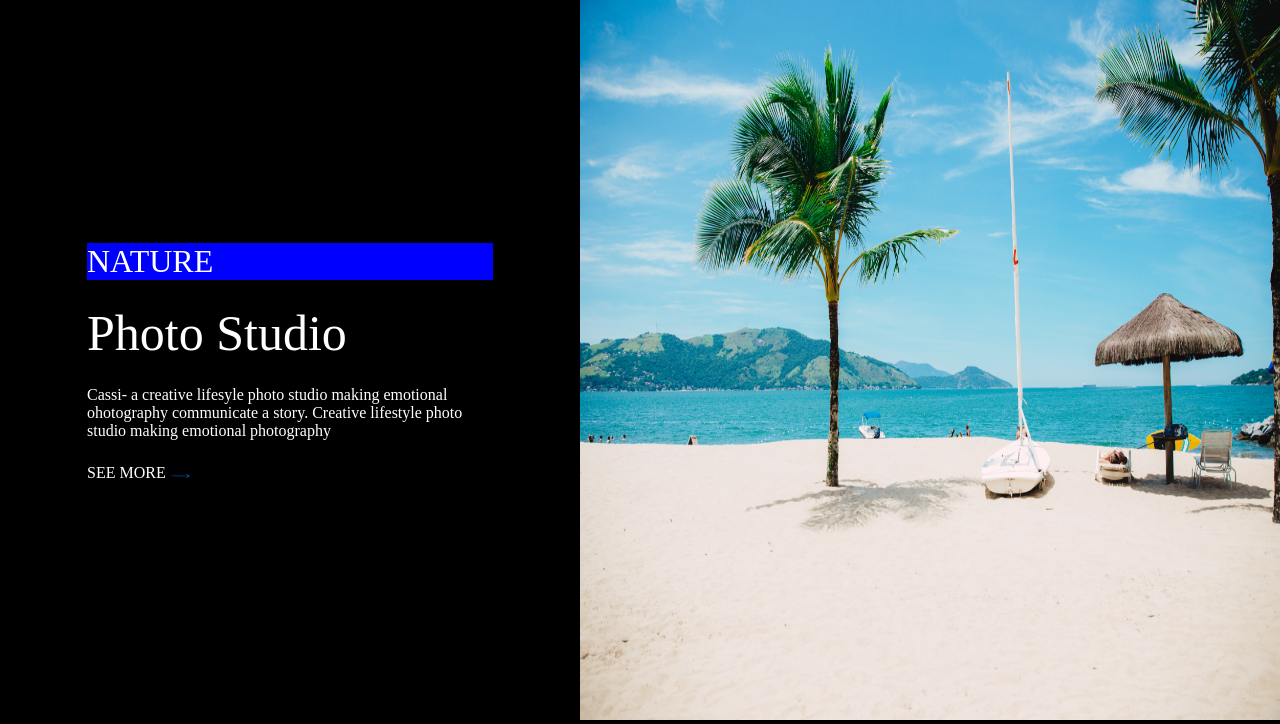
Repository: BRAspeaks/petty-project1
Page: pettyproject1.html
These files come from the project's save history. The page is drawn as it stood at one moment and after a run of saves; the edit follows.
The browser window is 1280 px wide. The pictures show the whole page.

Above is the page before, as saved 2022-07-25 15:26:19.

### pettyproject1.html
<!DOCTYPE html>
<html lang="en">
    <head>
        <meta charset="UTF-8">
        <meta http-equiv="X-UA-Compatible" content="IE=edge">
        <meta name="viewport" content="width=device-width, initial-scale=1.0">
        <title> Photo Studio</title>
        <link rel="stylesheet" href="pettyproject1.css">
    </head>
    <body>
        <div class="main">
            <p class="Nature"> NATURE</p>
            <p class="photo">Photo Studio</p>
            <p class="bodice">
                Cassi- a creative lifesyle photo studio making emotional ohotography communicate a story. Creative lifestyle photo studio making emotional photography
            </p>
            <p class="more">
                SEE MORE
                <span>
                    <img src="bluearrow.png" class="arrow">
                </span>
            </p>
        </div>
        <div class="image">
            <img src="beach.jpg" class="beach" >
        </div>
    </body>
</html>

### pettyproject1.css
* {
    margin: 0;
    padding: 0;
    box-sizing: border-box;
}
body{
    background-color: black;
    color: white;
    display: grid;
    grid-template-columns: 1fr 1fr;
    align-items: center;
    justify-content: space-between;
}
.main{
    margin: auto;
    text-align: left;
    width: 70%;
    display: flex;
    flex-direction: column;
    flex: 1;
}
.Nature{
    background-color: blue;
    font-size: 2rem;
    margin-bottom: 1.5rem;
}
.photo{
    font-size: 50px;
    /* margin: 5px; */
    margin-bottom: 1.5rem;
}
.bodice{
    margin-bottom: 1.5rem;
}
.arrow{
    width:20px;
}
.main, .image{
    /* display:inline-block; */
}
.image{
    /* text-align: right;    */
    width: 100%;
    align-self: center;
}
.beach{
    width: 700px;
    height: 100vh;
    /* margin-bottom: -500px; */
}

After the next 2 saves:
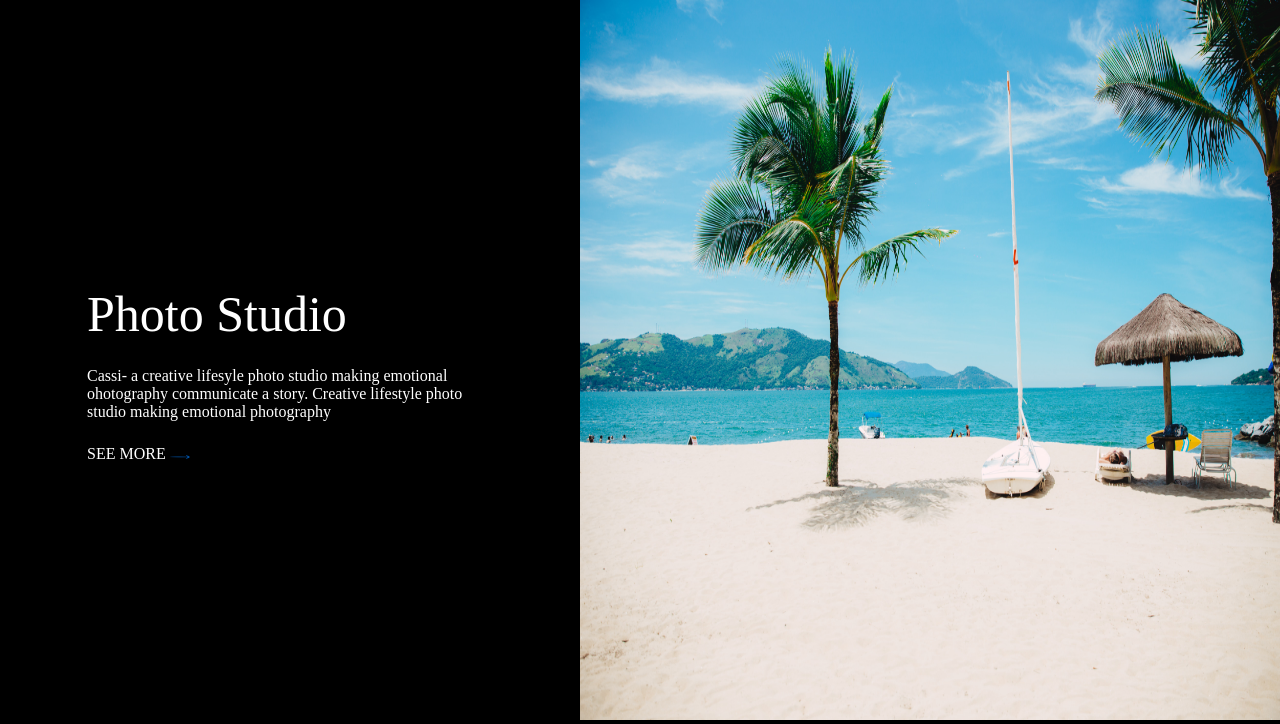
The 2 saves are shown as one change because they came seconds apart.
The last was saved 5 min 7 s later.
--- a/pettyproject1.html
+++ b/pettyproject1.html
@@ -9,7 +9,7 @@
     </head>
     <body>
         <div class="main">
-            <p class="Nature"> NATURE</p>
+            <p class="Nature"><spanNATURE</p>
             <p class="photo">Photo Studio</p>
             <p class="bodice">
                 Cassi- a creative lifesyle photo studio making emotional ohotography communicate a story. Creative lifestyle photo studio making emotional photography

After the 2 saves that followed:
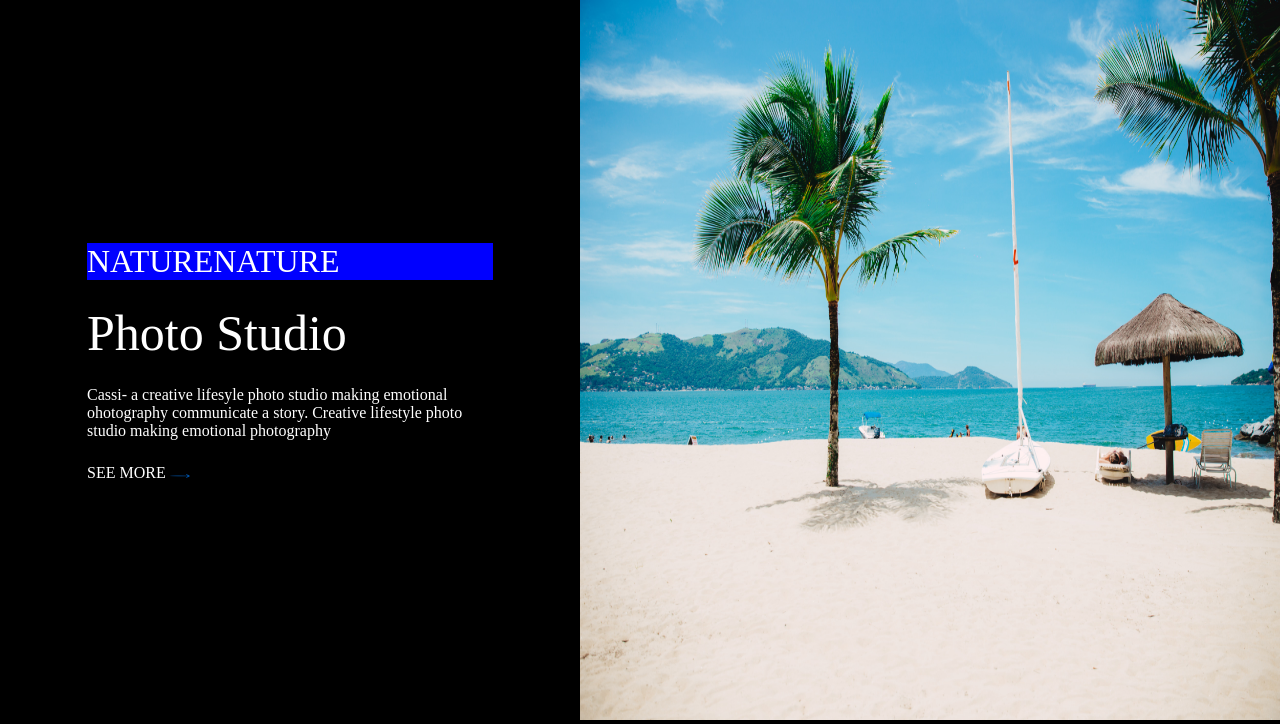
The 2 saves are shown as one change because they came seconds apart.
The last was saved 8 s later.
--- a/pettyproject1.html
+++ b/pettyproject1.html
@@ -9,7 +9,7 @@
     </head>
     <body>
         <div class="main">
-            <p class="Nature"><spanNATURE</p>
+            <p class="Nature"><span>NATURE</span>NATURE</p>
             <p class="photo">Photo Studio</p>
             <p class="bodice">
                 Cassi- a creative lifesyle photo studio making emotional ohotography communicate a story. Creative lifestyle photo studio making emotional photography
